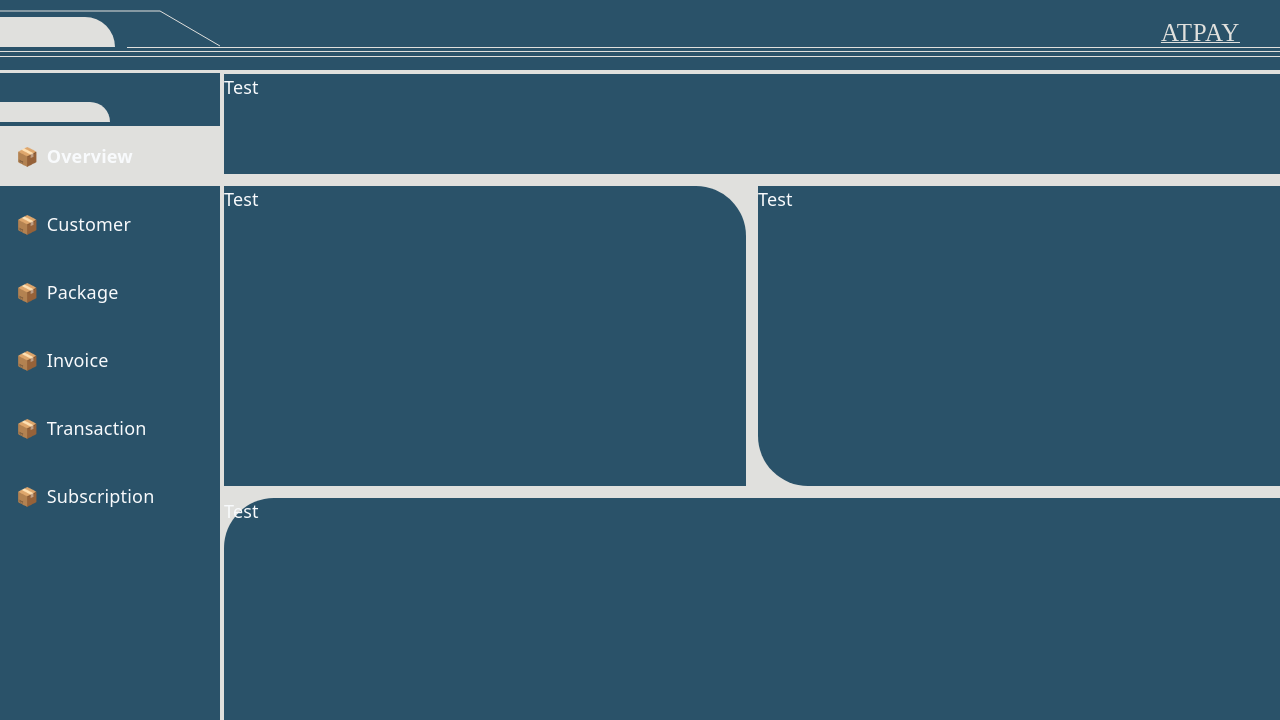
Repository: Farazdaq/stripe-payment-integration
Page: /dashboard (app in stripe-integration-react-dashboard/)
The author's editor kept a copy of each file at every save. The page is drawn from the files as they stood at one save, then again after the next save.
The browser window is 1280 px wide. The pictures show the whole page.
An inner scrolling area shows only its first screen. Some web fonts or font styles are not loaded; a fallback is used. The project was rebuilt for these pictures with package versions that can differ from the ones it lists, and the page was loaded fresh each time. Also part of the build but not shown: stripe-integration-react-dashboard/vite.config.ts, stripe-integration-react-dashboard/src/App.css, stripe-integration-react-dashboard/src/features/dashboard/pages/Customer.tsx, stripe-integration-react-dashboard/src/features/dashboard/pages/Package.tsx, stripe-integration-react-dashboard/src/features/dashboard/pages/Invoice.tsx, stripe-integration-react-dashboard/src/features/dashboard/pages/Transaction.tsx, stripe-integration-react-dashboard/src/features/dashboard/pages/Subscription.tsx.

Above is the page before, as saved 2026-05-13 16:13:14.

### stripe-integration-react-dashboard/index.html
<!doctype html>
<html lang="en">
  <head>
    <meta charset="UTF-8" />
    <link rel="icon" type="image/svg+xml" href="/favicon.svg" />
    <meta name="viewport" content="width=device-width, initial-scale=1.0" />
    <title>web-app</title>
  </head>
  <body>
    <div id="root"></div>
    <script type="module" src="/src/main.tsx"></script>
  </body>
</html>

### stripe-integration-react-dashboard/src/index.css
@import url("https://fonts.googleapis.com/css2?family=Chonburi&display=swap");
@tailwind base;
@tailwind components;
@tailwind utilities;

/* =========================
   THEME VARIABLES
========================= */
:root {
  --text: #6b6375;
  --text-h: #08060d;
  --bg: #ffffff;
  --border: #e5e4e7;
  --code-bg: #f4f3ec;

  --accent: #aa3bff;
  --accent-bg: rgba(170, 59, 255, 0.1);
  --accent-border: rgba(170, 59, 255, 0.5);

  --social-bg: rgba(244, 243, 236, 0.5);

  --shadow:
    rgba(0, 0, 0, 0.1) 0 10px 15px -3px, rgba(0, 0, 0, 0.05) 0 4px 6px -2px;

  --sans: system-ui, "Segoe UI", Roboto, sans-serif;
  --heading: system-ui, "Segoe UI", Roboto, sans-serif;
  --mono: ui-monospace, Consolas, monospace;
}

/* =========================
   DARK MODE (system-based)
   ⚠️ later you can replace with .dark class
========================= */
@media (prefers-color-scheme: dark) {
  :root {
    --text: #9ca3af;
    --text-h: #f3f4f6;
    --bg: #16171d;
    --border: #2e303a;
    --code-bg: #1f2028;

    --accent: #c084fc;
    --accent-bg: rgba(192, 132, 252, 0.15);
    --accent-border: rgba(192, 132, 252, 0.5);

    --social-bg: rgba(47, 48, 58, 0.5);

    --shadow:
      rgba(0, 0, 0, 0.4) 0 10px 15px -3px, rgba(0, 0, 0, 0.25) 0 4px 6px -2px;
  }
}

/* =========================
   ROOT FIX (IMPORTANT)
   THIS FIXES YOUR LAYOUT ISSUE
========================= */
#root {
  width: 100%;
  min-height: 100vh;
  margin: 0;
  display: flex;
  flex-direction: column;
  box-sizing: border-box;
}

/* =========================
   GLOBAL RESET
========================= */
body {
  margin: 0;
  background: var(--bg);
  color: var(--text);
  font: 18px/145% var(--sans);
  letter-spacing: 0.18px;
  -webkit-font-smoothing: antialiased;
  -moz-osx-font-smoothing: grayscale;
}

/* =========================
   TYPOGRAPHY
========================= */
h1,
h2 {
  font-family: var(--heading);
  font-weight: 500;
  color: var(--text-h);
}

h1 {
  font-size: 56px;
  letter-spacing: -1.68px;
  margin: 32px 0;
}

h2 {
  font-size: 24px;
  line-height: 118%;
  letter-spacing: -0.24px;
  margin: 0 0 8px;
}

p {
  margin: 0;
}

/* =========================
   CODE BLOCKS
========================= */
code,
.counter {
  font-family: var(--mono);
  display: inline-flex;
  border-radius: 4px;
  color: var(--text-h);
}

code {
  font-size: 15px;
  line-height: 135%;
  padding: 4px 8px;
  background: var(--code-bg);
}

### stripe-integration-react-dashboard/src/App.tsx
import "./App.css";
import { RouterProvider } from "react-router-dom";
import { router } from "./routes";
import { ThemeProvider } from "./theme/ThemeProvider";
import "./i18n/i18n";

function App() {
  return (
    <ThemeProvider>
      <RouterProvider router={router} />
    </ThemeProvider>
  );
}

export default App;

### stripe-integration-react-dashboard/src/routes.tsx
import { createBrowserRouter } from "react-router-dom"; // Import the necessary components for routing
import DashboardLayout from "./features/dashboard/layout/DashboardLayout"; // Import the layout component for the dashboard, which will be used as a wrapper for the child routes.

// Define the router configuration using createBrowserRouter
// The router is structured as follows:
// - The root path ("/") uses the DashboardLayout component as its element.
// - The DashboardLayout component has child routes
// - The index route ("/") renders the DashboardPage component.

export const router = createBrowserRouter([
  // MAIN APP
  {
    path: "/",
    element: "App page",
  },

  // DASHBOARD
  {
    path: "/dashboard",
    element: <DashboardLayout />,
  },
]);

### stripe-integration-react-dashboard/src/theme/ThemeProvider.tsx
import { useState } from "react";
import type { ReactNode } from "react";
import { themes } from "./theme.config";
import { ThemeContext, type ThemeMode } from "./theme.context";

type Props = {
  children: ReactNode;
};

export function ThemeProvider({ children }: Props) {
  const [mode, setMode] = useState<ThemeMode>("dark");

  const theme = themes[mode];

  return (
    <ThemeContext.Provider value={{ mode, setMode, theme }}>
      <div
        style={{
          backgroundColor: theme.colors.bg,
          color: theme.colors.text,
          minHeight: "100vh",
          transition: "0.3s ease",
        }}
      >
        {children}
      </div>
    </ThemeContext.Provider>
  );
}

### stripe-integration-react-dashboard/src/i18n/i18n.ts
import i18n from "i18next";
import { initReactI18next } from "react-i18next";

import en from "./locales/en.json";
import ar from "./locales/ar.json";

i18n.use(initReactI18next).init({
  resources: {
    en: { translation: en },
    ar: { translation: ar },
  },

  lng: "en",
  fallbackLng: "en",

  interpolation: {
    escapeValue: false,
  },
});

export default i18n;

### stripe-integration-react-dashboard/src/features/dashboard/layout/DashboardLayout.tsx
import { useState } from "react";
import { useTheme } from "../../../theme/useTheme";

import {
  Navbar,
  Sidebar,
  Overview,
  Customer,
  Package,
  Invoice,
  Transaction,
  Subscription,
} from "./export.ts";

export default function DashboardLayout() {
  const { theme } = useTheme();
  const [activePage, setActivePage] = useState("overview");

  return (
    <div
      className="flex flex-col w-screen h-screen overflow-hidden"
      style={{
        backgroundColor: theme.colors.bg,
      }}
    >
      {/* TOP NAVBAR */}
      <div className="shrink-0">
        <Navbar />
      </div>

      {/* BODY */}
      <div className="flex flex-1 min-h-0 overflow-hidden">
        {/* SIDEBAR */}
        <div className="h-full shrink-0">
          <Sidebar active={activePage} setActive={setActivePage} />
        </div>

        {/* MAIN CONTENT */}
        <main className="flex-1 h-full overflow-y-auto overflow-x-hidden pt-1 pl-1">
          <div className="min-h-full">
            {activePage === "overview" && <Overview />}
            {activePage === "customer" && <Customer />}
            {activePage === "package" && <Package />}
            {activePage === "invoice" && <Invoice />}
            {activePage === "transaction" && <Transaction />}
            {activePage === "subscription" && <Subscription />}
          </div>
        </main>
      </div>
    </div>
  );
}

### stripe-integration-react-dashboard/src/theme/theme.config.ts
export const themes = {
  light: {
    colors: {
      bg: "#f9fafb",
      text: "#111827",
      containerCopBackgroundColor: "#2A5269",
      borderColor: "#111827",
      sidebar: "#ffffff",
      navbar: "#ffffff",
      border: "#e5e7eb",
    },
  },

  dark: {
    colors: {
      bg: "#E0E0DD",
      text: "#f8fafc",
      containerCopBackgroundColor: "#2A5269",
      borderColor: "#111827",
      sidebar: "#2A5269",
      navbar: "#2A5269",
      border: "#334155",
    },
  },
};

### stripe-integration-react-dashboard/src/theme/theme.context.ts
import { createContext } from "react";
import { themes } from "./theme.config";

export type ThemeMode = "light" | "dark";

// 👇 infer theme structure from your config
export type Theme = (typeof themes)["light"];

export type ThemeContextType = {
  mode: ThemeMode;
  setMode: (mode: ThemeMode) => void;
  theme: Theme;
};

export const ThemeContext = createContext<ThemeContextType | null>(null);

### stripe-integration-react-dashboard/src/theme/useTheme.ts
import { useContext } from "react";
import { ThemeContext } from "./theme.context";

export function useTheme() {
  const context = useContext(ThemeContext);

  if (!context) {
    throw new Error("useTheme must be used inside ThemeProvider");
  }

  return context;
}

### stripe-integration-react-dashboard/src/features/dashboard/layout/export.ts
export { default as Navbar } from "./Navbar";
export { default as Sidebar } from "./Sidebar/Sidebar";

export { default as Overview } from "../pages/Overview";
export { default as Customer } from "../pages/Customer";
export { default as Package } from "../pages/Package";
export { default as Invoice } from "../pages/Invoice";
export { default as Transaction } from "../pages/Transaction";
export { default as Subscription } from "../pages/Subscription";

### stripe-integration-react-dashboard/src/features/dashboard/layout/Navbar.tsx
import { useTheme } from "../../../theme/useTheme";
import ThemeSwitch from "../../../components/ThemeSwitch";
import LanguageDropdown from "../../../components/LanguageDropdown";
import LineShaper from "../../../components/LineShaper";
import LineDivider from "../../../components/LineDivider";

export default function Navbar() {
  const { theme } = useTheme();

  return (
    <div
      className="relative w-screen h-[40px] md:h-[50px] lg:h-[70px]"
      style={{
        paddingTop: "10px",
        background: theme.colors.navbar,
      }}
    >
      {/* Title */}
      <p
        className="absolute right-10 top-5 text-[25px] underline underline-offset-1 decoration-[1px] tracking-wide font-['Chonburi']"
        style={{ color: "#E0E0DD" }}
      >
        ATPAY
      </p>

      <div className="flex flex-col gap-1 md:gap-1">
        <div style={{ height: "3px", overflow: "visible" }}>
          <LineDivider
            color="#E0E0DD"
            thickness="1px"
            points={[{ x: 0, y: 0 }, { x: 160, y: 0 }, { d: 35 }]}
          />

          <div className="ml-[9.9%] mb-1">
            <LineDivider color="#E0E0DD" thickness="1px" />
          </div>
        </div>

        <LineShaper
          color="#E0E0DD"
          thickness={30}
          length={"9%"}
          radiusRightTop={50}
        />

        <LineDivider color="#E0E0DD" thickness="0.9px" />
        <LineDivider color="#E0E0DD" thickness="0.9px" />
      </div>
    </div>
  );
}

### stripe-integration-react-dashboard/src/features/dashboard/layout/Sidebar/Sidebar.tsx
import AccountController from "../../../../components/AccountController";
import LineShaper from "../../../../components/LineShaper";
import { useTheme } from "../../../../theme/useTheme";
import { sidebarItems } from "./sidebar.config";

type SidebarItem = {
  key: string;
  label: string;
};

type SidebarProps = {
  active: string;
  setActive: (key: string) => void;
};

export default function Sidebar({ active, setActive }: SidebarProps) {
  const { theme } = useTheme();

  return (
    <div
      className="w-[80px] md:w-[220px] min-h-screen pt-[4vh] mt-[0.4vh] py-2.5 transition-all duration-300 shrink-0"
      style={{ background: theme.colors.sidebar }}
    >
      <LineShaper
        color="#E0E0DD"
        thickness={20}
        length={"50%"}
        marginBottom={4}
        radiusRightTop={50}
      />
      {sidebarItems.map((item: SidebarItem) => {
        const isActive = active === item.key;

        return (
          <div key={item.key} className="flex">
            <button
              onClick={() => setActive(item.key)}
              className="w-full mb-2 cursor-pointer flex items-center justify-center md:justify-start gap-0 md:gap-2 p-3 md:p-4 transition-all duration-200"
              style={{
                background: isActive ? theme.colors.bg : "transparent",
                color: theme.colors.text,
                fontWeight: isActive ? "600" : "400",
              }}
            >
              {/* Icon */}
              <span className="text-2xl md:text-lg flex items-center justify-center w-full md:w-auto">
                📦
              </span>

              {/* Label */}
              <div className="hidden md:inline text-base lg:text-lg">
                {item.label}
              </div>
            </button>
          </div>
        );
      })}

      <div className=" mt-[100%]">
        <AccountController
          isLogIn={true}
          direction="column"
          imagePosition="top"
        />
      </div>
    </div>
  );
}

### stripe-integration-react-dashboard/src/features/dashboard/pages/Overview.tsx
import { useTranslation } from "react-i18next";
import ContainerComp from "../../../components/ContainerComp";
import LineChartComp from "../../../components/LineChartComp";

function MockComponent() {
  return <div>Test</div>;
}
export default function Overview() {
  const { t } = useTranslation();

  return (
    <div className="flex flex-col gap-3 md:gap-3 pt-[0.3px] md:pt-[0.3px]">
      {/* Top containers */}
      <ContainerComp height={100} componentDisplay={<MockComponent />} />

      {/* Bottom horizontal containers */}
      <div className="flex flex-col md:flex-row gap-3 md:gap-3">
        <div className="flex-1">
          <ContainerComp
            radiusRightTop={50}
            height={300}
            componentDisplay={<MockComponent />}
          />
        </div>

        <div className="flex-1">
          <ContainerComp
            radiusLeftBottom={50}
            height={300}
            componentDisplay={<MockComponent />}
          />
        </div>
      </div>
      <ContainerComp
        radiusLeftTop={50}
        height={456}
        componentDisplay={<MockComponent />}
      />
    </div>
  );
}

### stripe-integration-react-dashboard/src/components/LineShaper.tsx
// ==========================================
// LineShaper Component
// ------------------------------------------
// Reusable horizontal line component that
// supports:
// - custom thickness
// - custom width/length
// - rounded corners
// - optional margins
// ==========================================
type LineShaperProps = {
  color?: string;
  radiusLeftTop?: number;
  radiusLeftBottom?: number;
  radiusRightTop?: number;
  radiusRightBottom?: number;
  thickness?: number;
  length?: number | string;

  marginTop?: number | string;
  marginBottom?: number | string;
  marginLeft?: number | string;
  marginRight?: number | string;
};

// get the margin props
// Creates a clean margin style object.
function getMargins({
  marginTop,
  marginBottom,
  marginLeft,
  marginRight,
}: Pick<
  LineShaperProps,
  "marginTop" | "marginBottom" | "marginLeft" | "marginRight"
>) {
  return {
    marginTop,
    marginBottom,
    marginLeft,
    marginRight,
  };
}

// get border props
// Creates border radius style object.
function getBorderRadius({
  radiusLeftTop,
  radiusLeftBottom,
  radiusRightTop,
  radiusRightBottom,
}: Pick<
  LineShaperProps,
  "radiusLeftTop" | "radiusLeftBottom" | "radiusRightTop" | "radiusRightBottom"
>) {
  return {
    borderTopLeftRadius: radiusLeftTop,
    borderBottomLeftRadius: radiusLeftBottom,
    borderTopRightRadius: radiusRightTop,
    borderBottomRightRadius: radiusRightBottom,
  };
}

// shape the line to get line with targe shape
// Main UI renderer.
export default function LineShaper({
  color = "#000",
  radiusLeftTop = 0,
  radiusLeftBottom = 0,
  radiusRightTop = 0,
  radiusRightBottom = 0,
  thickness = 2,
  length = "100%",
  marginTop,
  marginBottom,
  marginLeft,
  marginRight,
}: LineShaperProps) {
  const margins = getMargins({
    marginTop,
    marginBottom,
    marginLeft,
    marginRight,
  });

  const borderRadius = getBorderRadius({
    radiusLeftTop,
    radiusLeftBottom,
    radiusRightTop,
    radiusRightBottom,
  });

  return (
    <div
      data-testid="lineShaper"
      style={{
        backgroundColor: color,
        height: thickness,
        width: length,
        ...borderRadius,
        ...margins,
      }}
    />
  );
}

### stripe-integration-react-dashboard/src/components/LineDivider.tsx
// independent from line shaper and as normal line separator.
// called to make svg shaped with radius, used mostly to add sort of logo style

type Point = {
  x?: number | string; // allow "100%"
  y?: number;
  d?: number; // relative vertical movement
};

type LineDividerProps = {
  color?: string;
  thickness?: string;
  width?: string;
  margin?: string;
  style?: React.CSSProperties;
  points?: Point[];
};

// main function it returns normal line shaped using div
// or it returns a svg when points and in both cases radius and passed props can be applied
// see example on navbar
export default function LineDivider({
  color = "red",
  thickness = "2px",
  width = "100%",
  margin = "0",
  style = {},
  points,
}: LineDividerProps) {
  // If no points → simple divider
  if (!points || points.length === 0) {
    return (
      <div
        data-testid="lineDivider"
        style={{
          height: thickness,
          width,
          backgroundColor: color,
          margin,
          ...style,
        }}
      />
    );
  }

  // Convert relative points (d) into absolute x,y
  const computedPoints: { x: number | string; y: number }[] = [];

  points.forEach((p, i) => {
    if (i === 0) {
      computedPoints.push({
        x: p.x ?? 0,
        y: p.y ?? 0,
      });
    } else {
      const prev = computedPoints[i - 1];

      computedPoints.push({
        x: p.x ?? (typeof prev.x === "number" ? prev.x + 60 : prev.x),
        y: p.d !== undefined ? prev.y + p.d : (p.y ?? prev.y),
      });
    }
  });

  //  AUTO‑EXTEND LAST POINT TO 100% WIDTH
  const last = computedPoints[computedPoints.length - 1];
  computedPoints.push({
    x: "100%",
    y: last.y,
  });

  // Calculate bounds
  const ys = computedPoints.map((p) => p.y);
  const minY = Math.min(...ys);
  const maxY = Math.max(...ys);

  const lineThickness = parseFloat(thickness) || 2;
  const svgHeight = maxY - minY + lineThickness * 2;

  // Build SVG path
  const path = computedPoints
    .map((p, i) => {
      const x = p.x;
      const y = p.y - minY + lineThickness;
      return `${i === 0 ? "M" : "L"} ${x} ${y}`;
    })
    .join(" ");

  return (
    <svg
      data-testid="lineDivider-svg"
      width="100%"
      height={svgHeight}
      preserveAspectRatio="none"
      style={{ display: "block", margin, ...style }}
    >
      <path d={path} stroke={color} strokeWidth={lineThickness} fill="none" />
    </svg>
  );
}

### stripe-integration-react-dashboard/src/features/dashboard/layout/Sidebar/sidebar.config.ts
export const sidebarItems = [
  {
    key: "overview",
    label: "Overview",
  },

  {
    key: "customer",
    label: "Customer",
  },
  {
    key: "package",
    label: "Package",
  },
  {
    key: "invoice",
    label: "Invoice",
  },
  {
    key: "transaction",
    label: "Transaction",
  },
  {
    key: "subscription",
    label: "Subscription",
  },
];

### stripe-integration-react-dashboard/src/components/ContainerComp.tsx
import { useTheme } from "../theme/useTheme";

type ContainerCompProps = {
  width?: number;
  height?: number;
  radiusAll?: number;
  radiusLeftTop?: number;
  radiusLeftBottom?: number;
  radiusRightTop?: number;
  radiusRightBottom?: number;
  background?: string;
  borderColor?: string;
  border?: boolean;
  stroke?: number;
  componentDisplay: React.ReactNode;
};

export default function ContainerComp({
  width,
  height,
  radiusAll,
  radiusLeftTop,
  radiusLeftBottom,
  radiusRightTop,
  radiusRightBottom,
  background,
  borderColor,
  border,
  stroke,
  componentDisplay: ComponentDisplay,
}: ContainerCompProps) {
  const { theme } = useTheme();
  const style: React.CSSProperties = {
    width,
    height,
    background: background
      ? background
      : theme.colors.containerCopBackgroundColor,
    border: border
      ? `${stroke ?? 1}px solid ${borderColor ? borderColor : theme.colors.borderColor}`
      : undefined,
    borderTopLeftRadius: radiusLeftTop ?? radiusAll,
    borderBottomLeftRadius: radiusLeftBottom ?? radiusAll,
    borderTopRightRadius: radiusRightTop ?? radiusAll,
    borderBottomRightRadius: radiusRightBottom ?? radiusAll,
  };

  return (
    <div data-testid="container1" style={style}>
      {ComponentDisplay}
    </div>
  );
}

Loaded but not shown: stripe-integration-react-dashboard/src/main.tsx (common file); stripe-integration-react-dashboard/tailwind.config.js (common file); stripe-integration-react-dashboard/src/i18n/locales/ar.json (8 lines, source omitted); stripe-integration-react-dashboard/src/i18n/locales/en.json (8 lines, source omitted); stripe-integration-react-dashboard/src/components/AccountController.tsx (189 lines, source omitted)

After the next save:
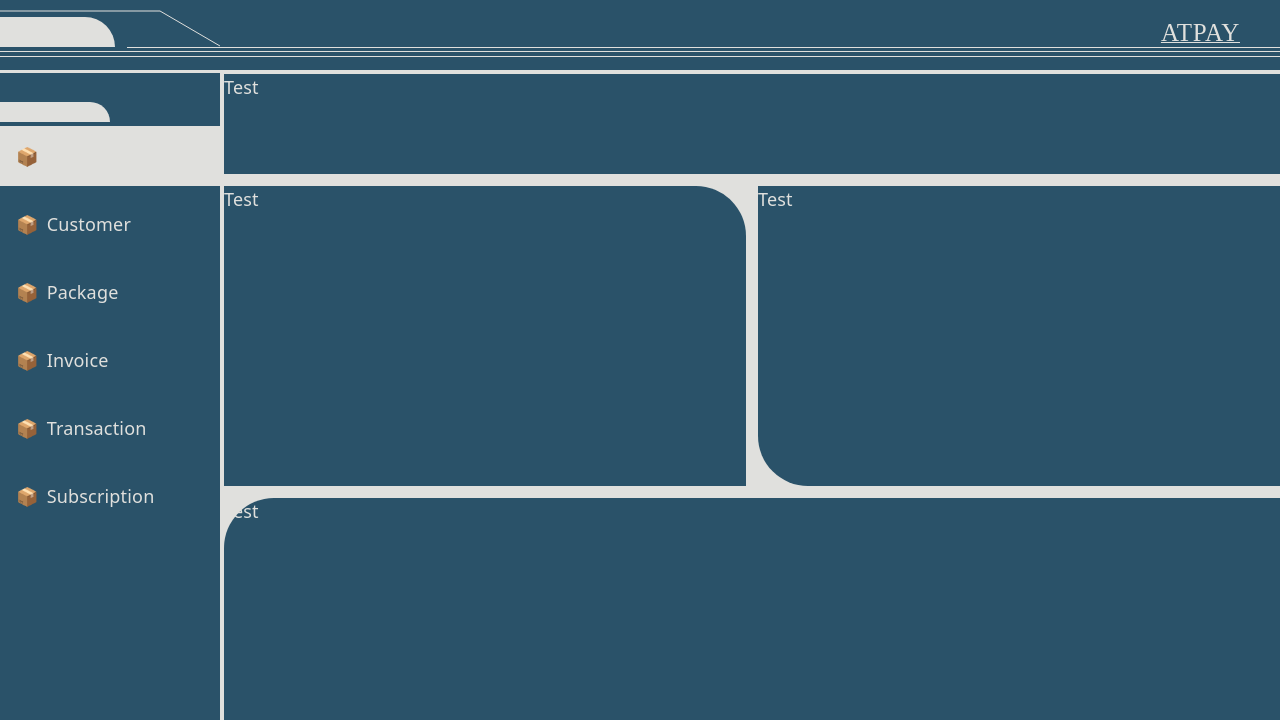
Saved 79 s later.
--- a/stripe-integration-react-dashboard/src/theme/theme.config.ts
+++ b/stripe-integration-react-dashboard/src/theme/theme.config.ts
@@ -8,18 +8,21 @@ export const themes = {
       sidebar: "#ffffff",
       navbar: "#ffffff",
       border: "#e5e7eb",
+      lineDivider: "#E0E0DD",
     },
   },
 
   dark: {
     colors: {
       bg: "#E0E0DD",
-      text: "#f8fafc",
+      text: "#E0E0DD",
       containerCopBackgroundColor: "#2A5269",
       borderColor: "#111827",
       sidebar: "#2A5269",
+      textSideBarItem: "#2A5269",
       navbar: "#2A5269",
       border: "#334155",
+      lineDivider: "#E0E0DD",
     },
   },
 };
